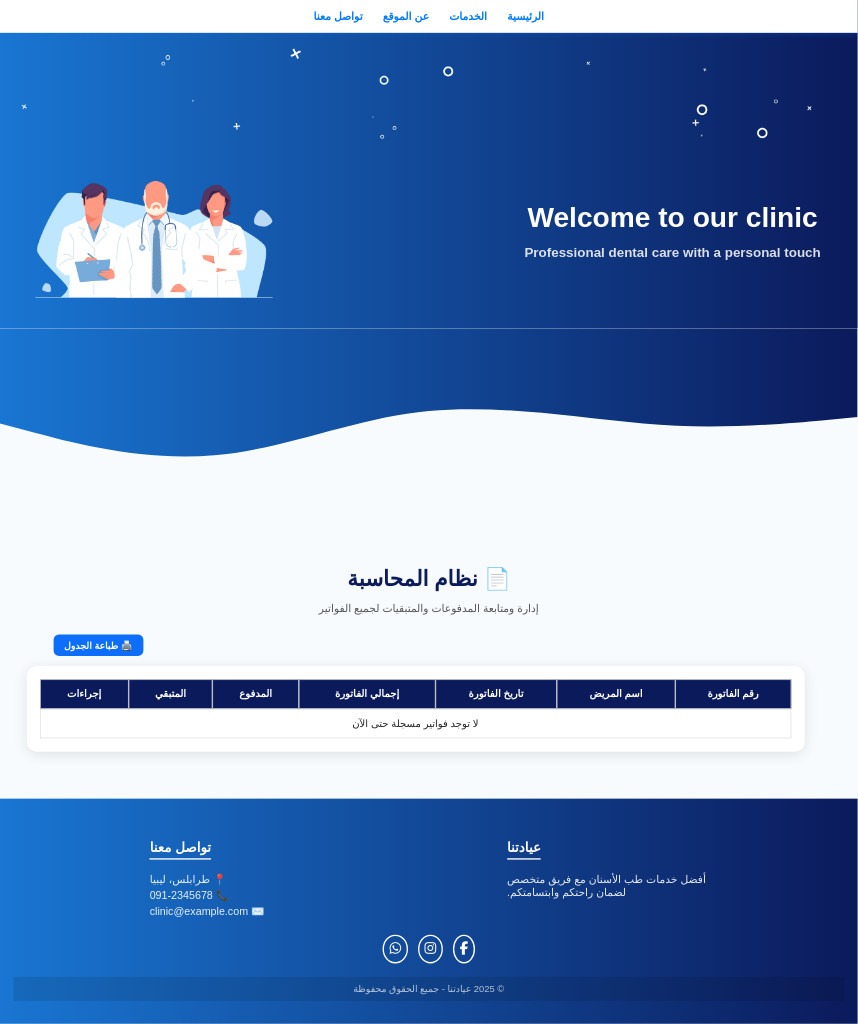
Repository: mysite4/s
Page: http://localhost/accounting-dashboard/
The author's editor kept a copy of each file at every save. The page is drawn from the files as they stood at one save, then again after the next save.
The browser window is 1280 px wide. The pictures show the whole page, at 67% of full size.
Some web fonts or font styles are not loaded; a fallback is used. The page is served by the project's application, run on Django 5.2 (manage.py). Queries for data that is not in the repository find no rows.

Above is the page before, as saved 2025-12-20 17:02:08.

After the next save:
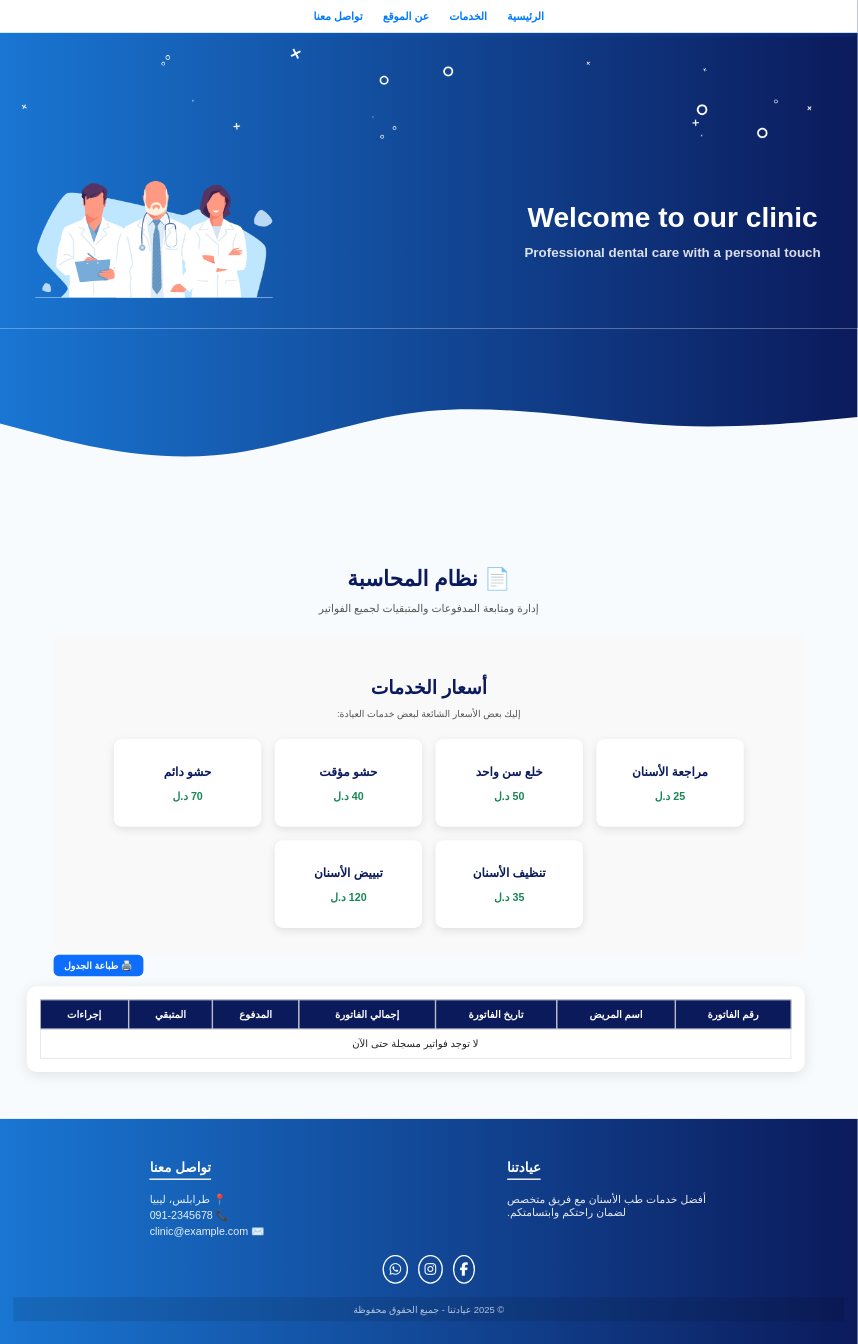
Saved 16 min 29 s later.
--- a/main/templates/services/accounting.html
+++ b/main/templates/services/accounting.html
@@ -130,11 +130,90 @@
 .btn-main:hover {
     background: #0b5ed7;
 }
+.services-pricing-section {
+  padding: 40px 0;
+  text-align: center;
+  background: #f9f9f9;
+}
+
+.services-pricing-section h2 {
+  font-size: 28px;
+  color: #0b1a5b;
+  margin-bottom: 10px;
+}
+
+.services-pricing-section .description {
+  font-size: 14px;
+  color: #555;
+  margin-bottom: 30px;
+}
+
+.pricing-container {
+  display: flex;
+  flex-wrap: wrap;
+  justify-content: center;
+  gap: 20px;
+}
+
+.pricing-card {
+  background: #fff;
+  border-radius: 12px;
+  padding: 20px;
+  width: 180px;
+  box-shadow: 0 4px 12px rgba(0,0,0,0.1);
+  transition: transform 0.3s;
+}
+
+.pricing-card:hover {
+  transform: translateY(-5px);
+}
+
+.pricing-card h3 {
+  font-size: 18px;
+  margin-bottom: 10px;
+  color: #0b1a5b;
+}
+
+.pricing-card p {
+  font-size: 16px;
+  font-weight: bold;
+  color: #198754;
+}
 </style>
 
 <div class="page-container fade-in">
     <h1 class="page-title">📄 نظام المحاسبة</h1>
     <p class="page-subtitle">إدارة ومتابعة المدفوعات والمتبقيات لجميع الفواتير</p>
+    <section class="services-pricing-section">
+  <h2>أسعار الخدمات</h2>
+  <p class="description">إليك بعض الأسعار الشائعة لبعض خدمات العيادة:</p>
+  <div class="pricing-container">
+    <div class="pricing-card">
+      <h3>مراجعة الأسنان</h3>
+      <p>25 د.ل</p>
+    </div>
+    <div class="pricing-card">
+      <h3>خلع سن واحد</h3>
+      <p>50 د.ل</p>
+    </div>
+    <div class="pricing-card">
+      <h3>حشو مؤقت</h3>
+      <p>40 د.ل</p>
+    </div>
+    <div class="pricing-card">
+      <h3>حشو دائم</h3>
+      <p>70 د.ل</p>
+    </div>
+    <div class="pricing-card">
+      <h3>تنظيف الأسنان</h3>
+      <p>35 د.ل</p>
+    </div>
+    <div class="pricing-card">
+      <h3>تبييض الأسنان</h3>
+      <p>120 د.ل</p>
+    </div>
+  </div>
+</section>
 
     <!-- زر الطباعة -->
     <div class="no-print" style="text-align:left; margin-bottom:15px;">
